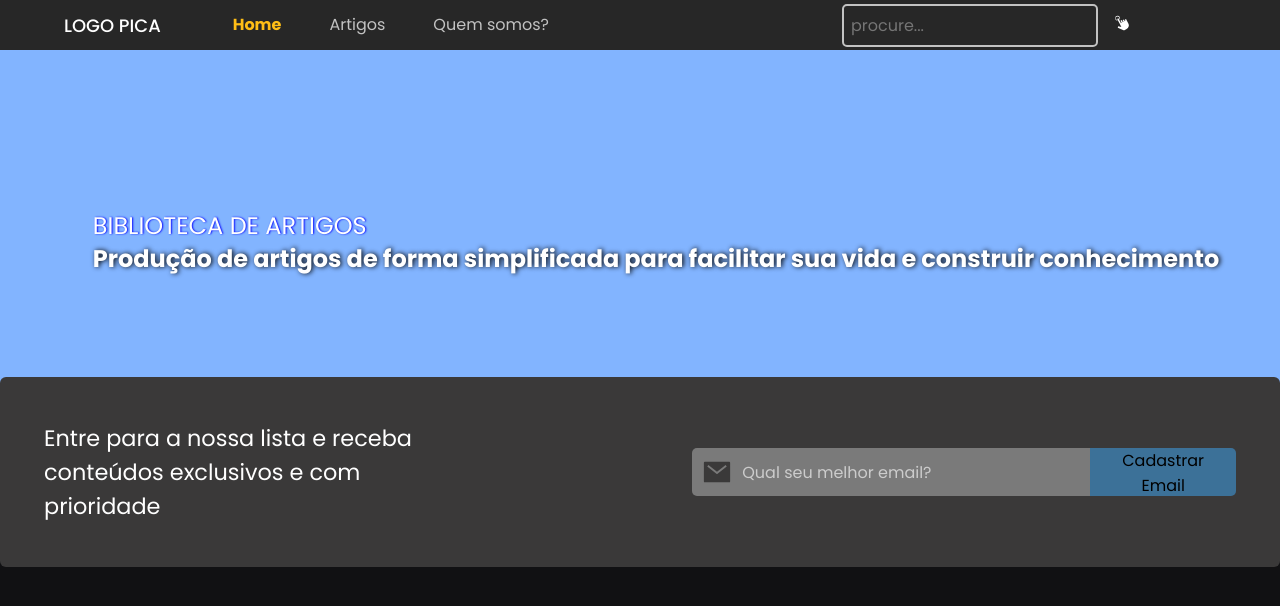
Repository: ArthurHendrich/Inepto
Page: /
An editor plug-in stored every save of this project. The page is shown before and after the next save, followed by the edit.
The browser window is 1280 px wide. The pictures show the whole page.
The project was rebuilt for these pictures with package versions that can differ from the ones it lists, and the page was loaded fresh each time. The framework's server and built-in components were replaced by stand-ins that run in the browser. Also part of the build but not shown: next.config.js.

Above is the page before, as saved 2022-07-06 20:50:14.

After the next save:
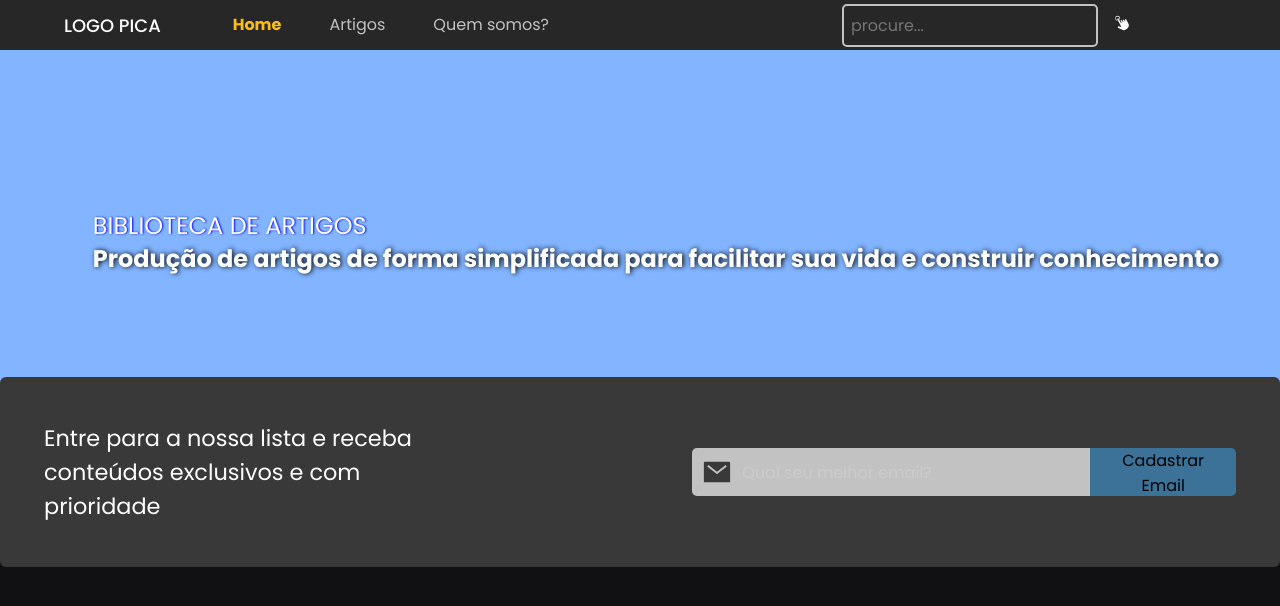
Saved 38 s later.
--- a/src/styles/home.module.scss
+++ b/src/styles/home.module.scss
@@ -54,7 +54,7 @@
     .ContentFake {
       display: flex;
       align-items: center;
-      background: var(--gray-300);
+      background: var(--gray-100);
       border-top-left-radius: 5px;
       border-bottom-left-radius: 5px;
       height: 3rem;
